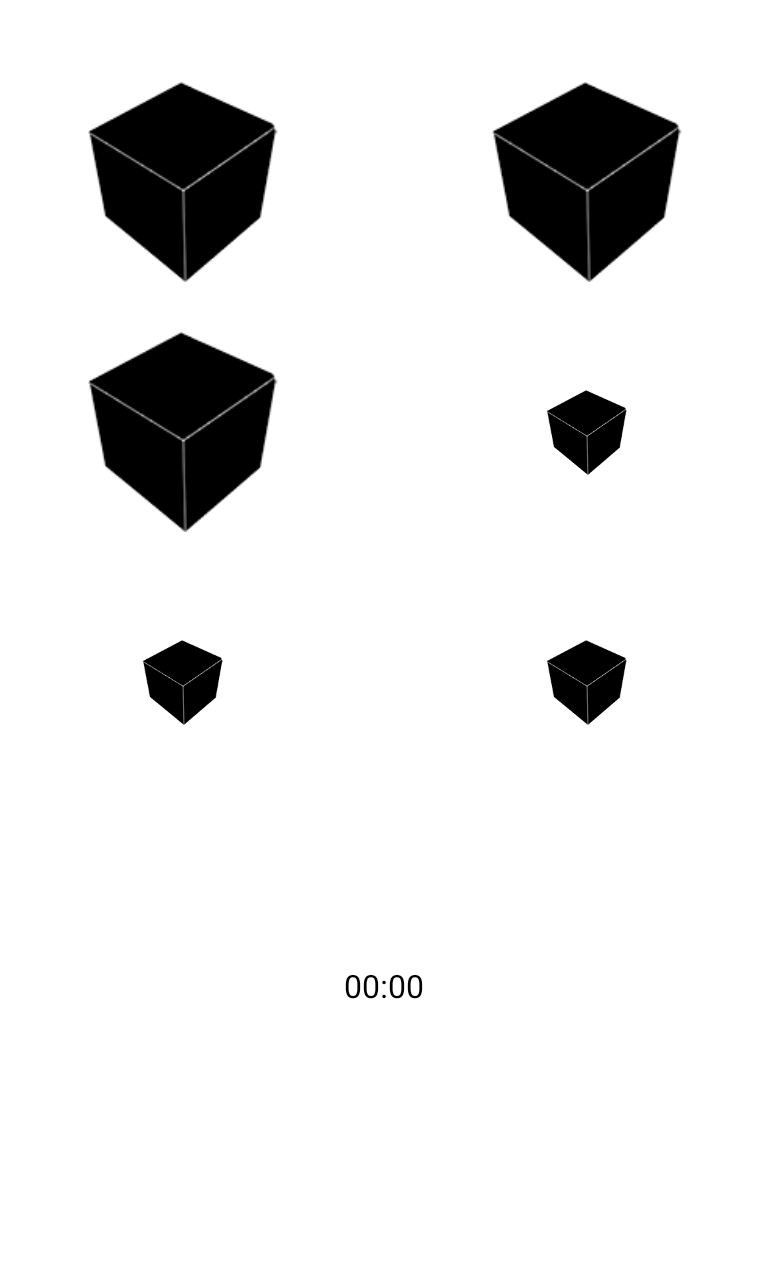
Repository: DSKarramba/university
Layout: models_and_methods_ICS/lab_01/code/calc/res/layout/activity_main.xml
These files come from the project's save history. The layout is drawn as it stood at one moment and after the next save; the edit follows.
It is drawn on a 768 x 1280 px phone screen (xhdpi) without system bars, with theme AppTheme; the app's code is not run.

Above is the layout before, as saved 2014-12-11 03:10:23.

After the next save:
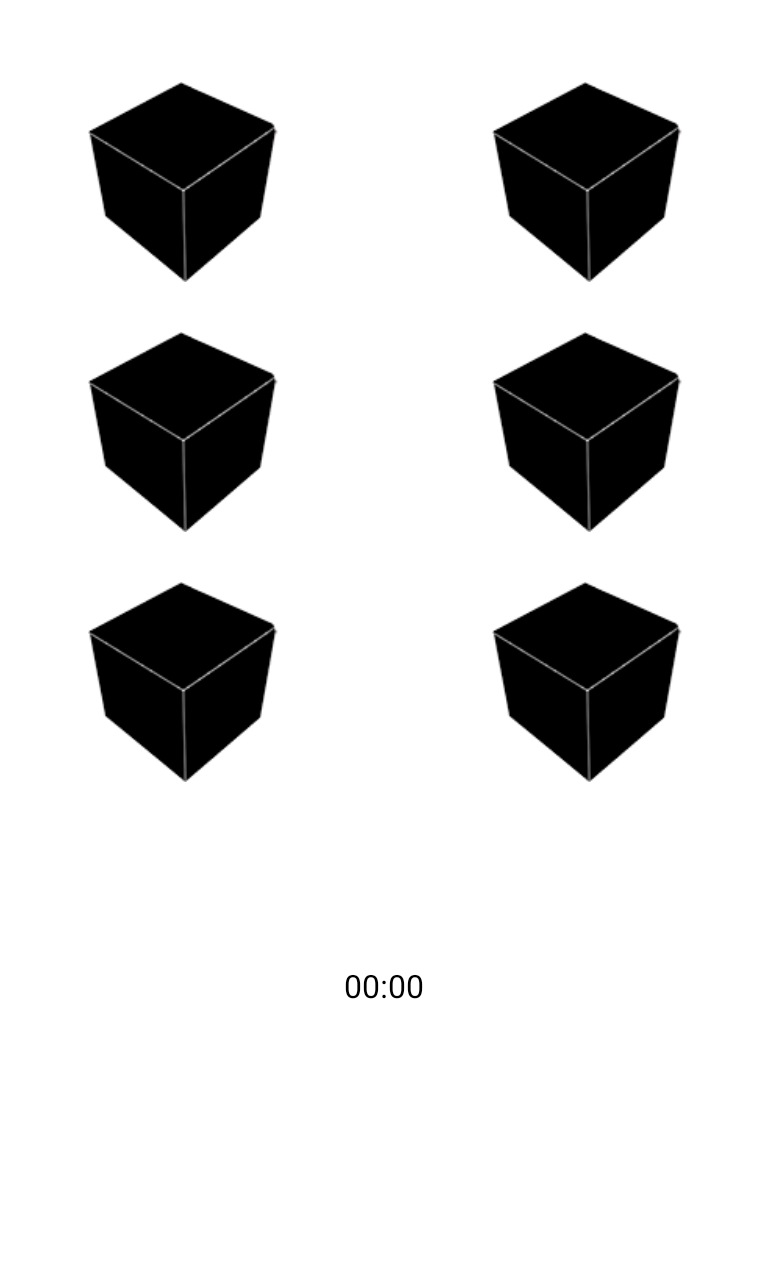
Saved 23 s later.
--- a/models_and_methods_ICS/lab_01/code/calc/res/layout/activity_main.xml
+++ b/models_and_methods_ICS/lab_01/code/calc/res/layout/activity_main.xml
@@ -58,6 +58,7 @@
         android:layout_marginTop="25dp"
         android:background="@android:color/transparent"
         android:contentDescription="@string/str_box"
+        android:scaleType="fitCenter"
         android:src="@drawable/box" />
 
     <ImageButton
@@ -70,6 +71,7 @@
         android:layout_marginTop="25dp"
         android:background="@android:color/transparent"
         android:contentDescription="@string/str_box"
+        android:scaleType="fitCenter"
         android:src="@drawable/box" />
 
     <ImageButton
@@ -82,6 +84,7 @@
         android:layout_marginTop="25dp"
         android:background="@android:color/transparent"
         android:contentDescription="@string/str_box"
+        android:scaleType="fitCenter"
         android:src="@drawable/box" />
 
     <Chronometer
